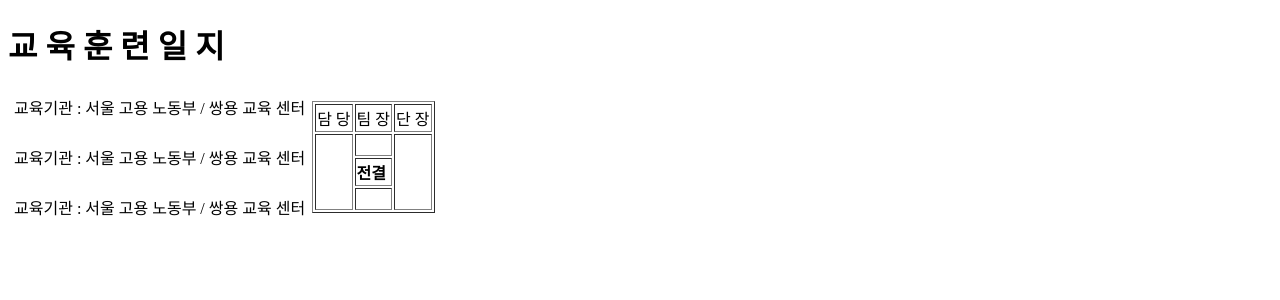
Repository: heoSuKyeong/client_Ssanyong
Page: ClientTest/src/main/webapp/html/q012.html
The author's editor kept a copy of each file at every save. The page is drawn from the files as they stood at one save, then again after the next save.
The browser window is 1280 px wide. The pictures show the whole page.

Above is the page before, as saved 2023-09-21 03:14:57.

After the next save:
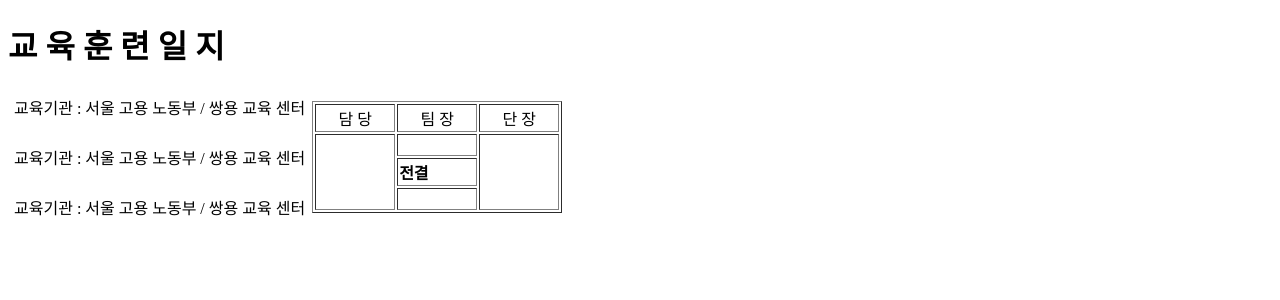
Saved 47 s later.
--- a/ClientTest/src/main/webapp/html/q012.html
+++ b/ClientTest/src/main/webapp/html/q012.html
@@ -31,7 +31,7 @@
 				</table>
 			</td>
 			<td>
-				<table border="1">
+				<table border="1" width="250">
 					<tr>
 						<td align="center">담 당</td>
 						<td align="center">팀 장</td>
